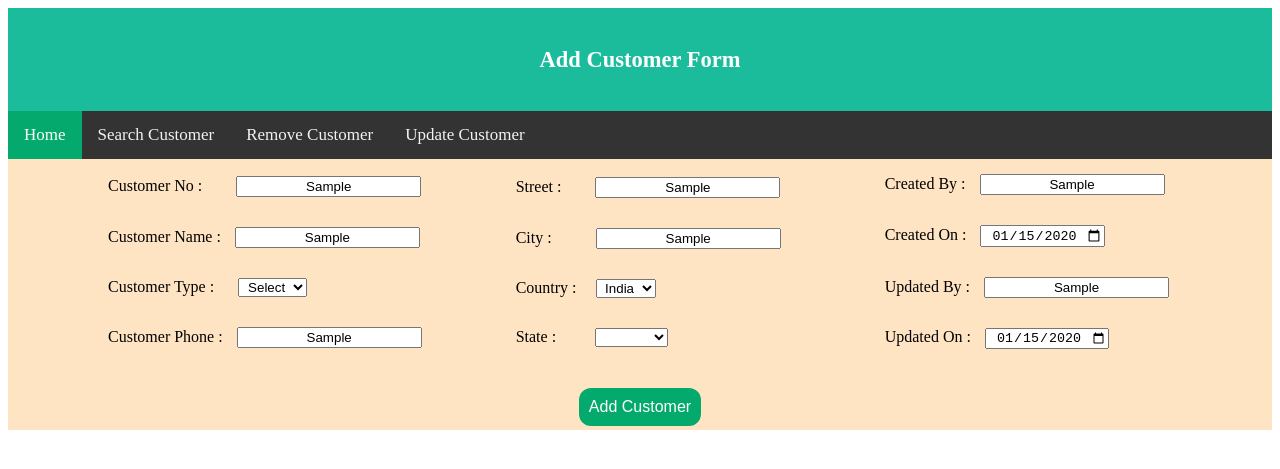
Repository: ParamMalik/Project-1
Page: http://localhost/projectcustomer/addcustomer.jsp
The author's editor kept a copy of each file at every save. The page is drawn from the files as they stood at one save, then again after the next save.
The browser window is 1280 px wide. The pictures show the whole page.
Empty fields were first filled with sample values (such as "Sample", 5 or name@example.com).
After loading, the first visible `#country` was changed once.
The page is served by Tomcat 9. Other server files are loaded and not shown. The template is opened directly, without the code that normally fills it, so the values that code supplies are empty.

Above is the page before, as saved 2021-12-06 13:28:04.

### Trantor Project 1/projectcustomer/src/main/webapp/addcustomer.jsp
<%@ page language="java" contentType="text/html; charset=ISO-8859-1"
	pageEncoding="ISO-8859-1"%>
<%@ taglib uri="http://java.sun.com/jsp/jstl/core" prefix="c"%>
<%@ page isELIgnored="false"%>

<!DOCTYPE html>
<html>
<head>
<meta charset="ISO-8859-1">
<link rel="stylesheet" href="index.css">

<script>
function populate(s1,s2){
	var s1 = document.getElementById(s1);
	var s2 = document.getElementById(s2);
	s2.innerHTML = "";
	if(s1.value == "India"){
		var optionArray = ["|","camaro|Camaro","corvette|Corvette","impala|Impala"];
	} else if(s1.value == "Dodge"){
		var optionArray = ["|","avenger|Avenger","challenger|Challenger","charger|Charger"];
	} else if(s1.value == "Ford"){
		var optionArray = ["|","mustang|Mustang","shelby|Shelby"];
	}
	for(var option in optionArray){
		var pair = optionArray[option].split("|");
		var newOption = document.createElement("option");
		newOption.value = pair[0];
		newOption.innerHTML = pair[1];
		s2.options.add(newOption);
	}
}
</script>



<title>Add Customer</title>
</head>
<body>

	<div class="header">
		<h2>Add Customer Form</h2>

	</div>
	<div class="topnav">
		<a class="active" href="welcome">Home</a> <a href="search">Search
			Customer</a> <a href="remove">Remove Customer</a> <a href="update">Update
			Customer</a>


	</div>
	<div class="bodydiv">
		<form action="add" method="post">


			<div class="leftbox">
				<div>
					<label id="labelmargin" style="margin-right: 30px;">Customer
						No : </label><input id="inputdefault" type="text" name="customerNo"
						placeholder="Number" required="required">
				</div>
				<div>
					<label id="labelmargin">Customer Name : </label><input
						id="inputdefault" type="text" name="customerName"
						placeholder="Name" required="required">
				</div>
				<div>
					<label id="labelmargin" style="margin-right: 20px;">Customer
						Type : </label> <select name="customerType" id="inputdefault"
						placeholder="Type">
						<option value="none">Select</option>
						<option value="new">New</option>
						<option value="regular">Regular</option>

					</select>
				</div>
				<div>
					<label id="labelmargin">Customer Phone : </label><input
						id="inputdefault" type="text" name="customerPhone"
						placeholder="Phone" required="required">
				</div>
			</div>
			<div class="centerbox">
				<div>
					<label id="centermargin">Street : </label><input id="inputdefault"
						type="text" name="street" placeholder="Street">
				</div>
				<div>
					<label id="centermargin" style="margin-right: 40px;">City :
					</label><input id="inputdefault" type="text" name="city" placeholder="City">
				</div>

				<div>

					<label id="centermargin" style="margin-right: 15px;">Country
						: </label> <select id="country" name="country" class="company"
						onchange="populate(this.id,'state')">
						<option>Select</option>
						<option value="India">India</option>
						<c:forEach var="listValue" items="${countryList}">

							<option>${listValue.countryName}</option>

							<br>
						</c:forEach>


					</select>

				</div>

				<div>
					<label id="centermargin" style="margin-right: 35px;">State
						: </label><select id="state" name="state" >


					</select>
				</div>





			</div>
			<div class="rightbox">
				<div>
					<label id="labelmargin">Created By : </label><input
						id="inputdefault" type="text" name="createdBy"
						placeholder="created by">
				</div>
				<div>
					<label id="labelmargin">Created On : </label><input
						id="inputdefault" type="date" name="createdOn">
				</div>
				<div>
					<label id="labelmargin">Updated By : </label><input
						id="inputdefault" type="text" name="updatedBy"
						placeholder="updated by">
				</div>
				<div>
					<label id="labelmargin">Updated On : </label><input
						id="inputdefault" type="date" name="updatedOn">
				</div>


			</div>
			<div id="button">
				<button class="button button1" type="submit">Add Customer</button>
			</div>




		</form>


	</div>

</body>
</html>

### Trantor Project 1/projectcustomer/src/main/webapp/index.css
@charset "ISO-8859-1";

.rightbox,.leftbox,.centerbox {

    display: inline-block;
    flex-wrap: wrap;

    justify-content: center;



}
.leftbox{
    margin: auto;
}
#labelmargin{
    margin-left: 100px;
    margin-right: 10px ;
}

#centermargin{
    margin-left: 90px;
    margin-right: 30px;

}

#inputdefault {
   margin-left: 5;
    margin-top: 15px;
    margin-bottom: 15px;
    text-align: center;
  }

#country {
   margin-left: 5;
    margin-top: 15px;
    margin-bottom: 15px;
    text-align: center;
  }

 #state {
   margin-left: 5;
    margin-top: 15px;
    margin-bottom: 15px;
    text-align: center;
  }

#button{
    margin-top: 20px;
    margin-bottom: auto;
    text-align: center;
}

.button {
    background-color: #04AA6D; /* Green */
    border: none;
    color: white;
    padding: 10px;
    text-align: center;
    text-decoration: none;
    display: inline-block;
    font-size: 16px;
    margin: 4px 2px;
    cursor: pointer;
  }

  .button1 {border-radius: 12px;}

.header {
    padding: 20px;
    text-align: center;
    background: #1abc9c;
    color: white;
    font-size: 15px;
  }

.bodydiv{
    background-color: bisque;
}

#button{
    justify-content: center;

}




.topnav {

    background-color: #333;
    overflow: hidden;
  }

  /* Style the links inside the navigation bar */
  .topnav a {

    float: left;
    color: #f2f2f2;
    text-align: center;
    padding: 14px 16px;
    text-decoration: none;
    font-size: 17px;
  }

  /* Change the color of links on hover */
  .topnav a:hover {
    background-color: #ddd;
    color: black;
  }

  /* Add a color to the active/current link */
  .topnav a.active {
    background-color: #04AA6D;
    color: white;
  }

After the next save:
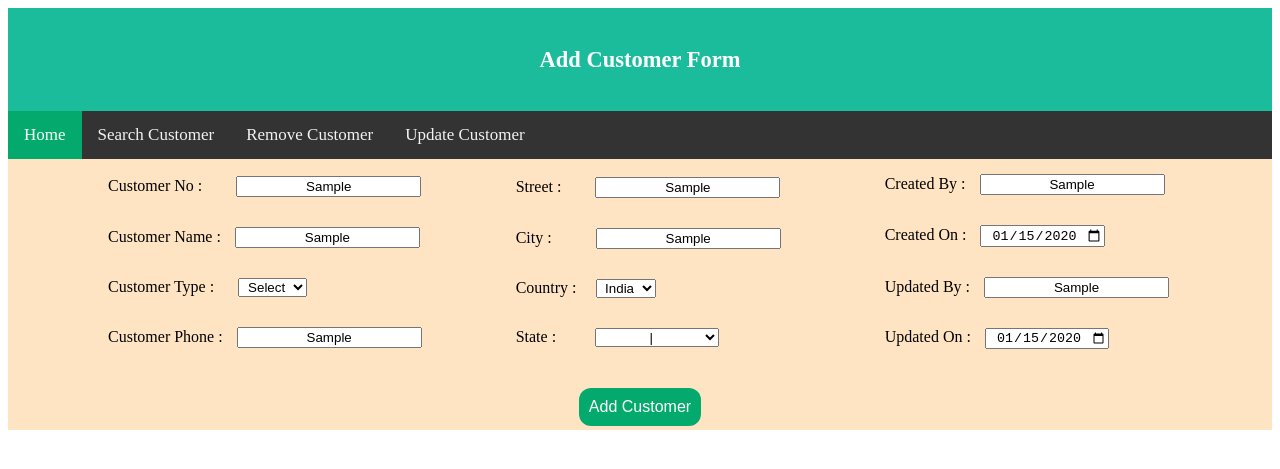
Saved 27 min 33 s later.
--- a/Trantor Project 1/projectcustomer/src/main/webapp/addcustomer.jsp
+++ b/Trantor Project 1/projectcustomer/src/main/webapp/addcustomer.jsp
@@ -22,10 +22,10 @@ function populate(s1,s2){
 		var optionArray = ["|","mustang|Mustang","shelby|Shelby"];
 	}
 	for(var option in optionArray){
-		var pair = optionArray[option].split("|");
+		var pair = optionArray[option];
 		var newOption = document.createElement("option");
-		newOption.value = pair[0];
-		newOption.innerHTML = pair[1];
+		newOption.value = pair;
+		newOption.innerHTML = pair;
 		s2.options.add(newOption);
 	}
 }
